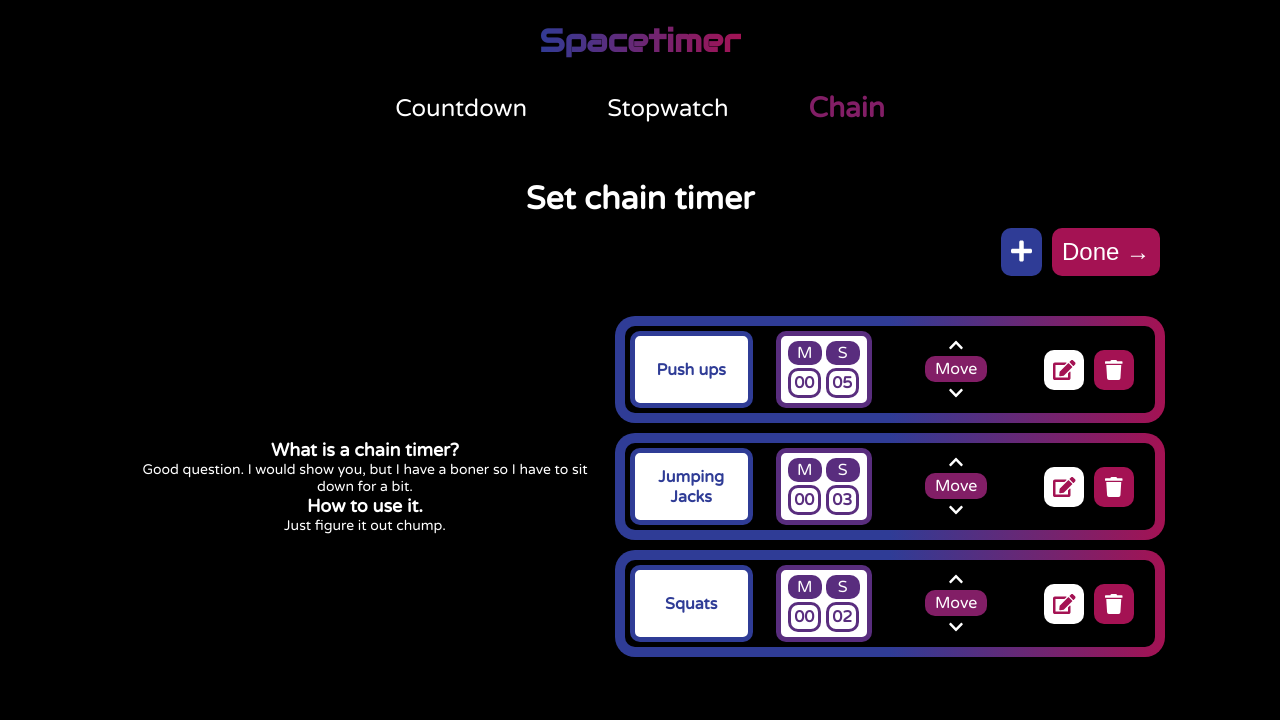
Repository: JohnKrige/space-timer2
Page: /timer-chain
The author's editor kept a copy of each file at every save. The page is drawn from the files as they stood at one save, then again after the next save.
The browser window is 1280 px wide. The pictures show the whole page.
The project was rebuilt for these pictures with package versions that can differ from the ones it lists, and the page was loaded fresh each time. Also part of the build but not shown: src/components/Timer/styles.js, src/components/Timer/TimerDisplay.js, src/components/Stopwatch/Stopwatch.js, src/components/ChainTimer/ChainTimerItem.js, src/components/SetTimerModal/transition-styles.css, src/components/Timer/Repeater.js, src/components/CountdownTimer/countdownTimerStyles.js, src/components/CountdownTimer/CountdownTimer.js. Imported but missing from the stored project, and not drawn on this page: src/components/CountdownTimer/beep.flac, src/components/CountdownTimer/timersound1.wav.

Above is the page before, as saved 2021-11-21 13:04:47.

After the next save:
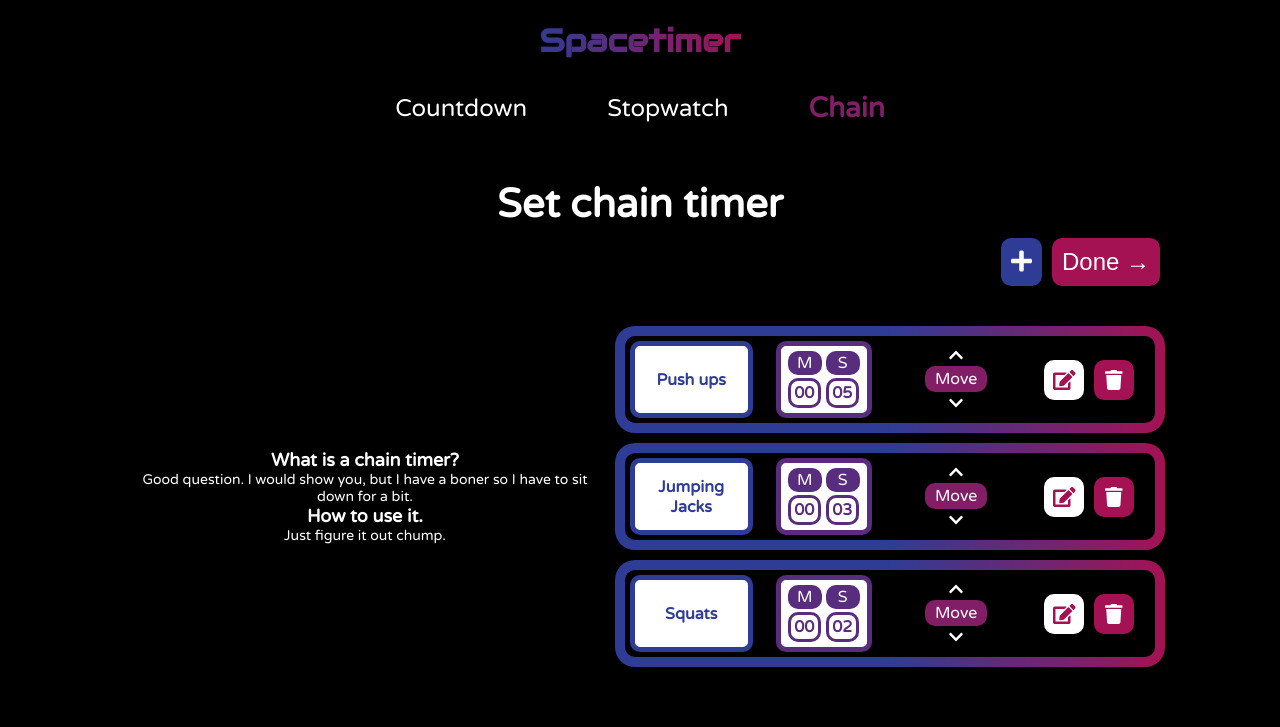
Saved 2 min 3 s later.
--- a/src/App.css
+++ b/src/App.css
@@ -51,10 +51,10 @@ body {
 
 .PageTitle {
   text-align: center;
-  font-size: 32px;
 
   @media (min-width) {
     color: #821e66;
+    font-size: 32px;
   }
 
 }
